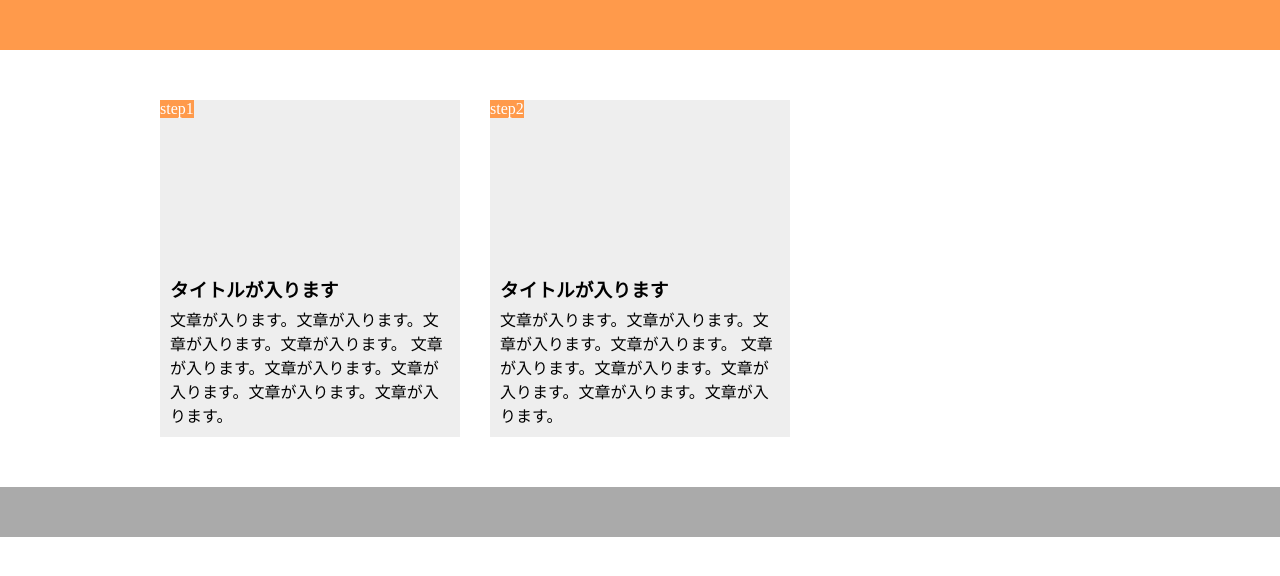
Repository: ryo32sun/Html-Practice
Page: practice/chapter9.html
The author's editor kept a record of every edit. The page is drawn from the files as they stood at one moment, then again after the next edit.
The browser window is 1280 px wide. The pictures show the whole page.

Above is the page before.

### practice/chapter9.html
<!DOCTYPE html>
<html lang="ja">
  <head>
  <meta charset="UTF-8">
  <link rel="stylesheet" href="chapter9.css">
  <title>
    Chapter9
  </title>
  </head>

  <header></header>

  <main>
    <div class="main-box">
      <div class="photo phot-1"></div>
      <div class="title">
        <h3>タイトルが入ります</h3>
      </div>
      <div class="text">
        <p>文章が入ります。文章が入ります。文章が入ります。文章が入ります。
        文章が入ります。文章が入ります。文章が入ります。文章が入ります。文章が入ります。</p>
      </div>
      <div class="step">
      <p>step1</p>
      </div>
    </div>

    <div class="main-box">
      <div class="photo"></div>
      <div class="title">
        <h3>タイトルが入ります</h3>
      </div>
      <div class="text">
        <p>文章が入ります。文章が入ります。文章が入ります。文章が入ります。
        文章が入ります。文章が入ります。文章が入ります。文章が入ります。文章が入ります。</p>
      </div>
      <div class="step">
        <p>step2</p>
      </div>
    </div>

  </main>

  <footer></footer>

</html>

### practice/chapter9.css
* {
  padding:0;
  margin:0;
  box-sizing: border-box;
}

header {
  height: 50px;
  width: 100%;
  background-color:#ff9a4b;
}

main {
  margin: 50px auto;
  width: 960px;
  display: flex;
}

.main-box {
  width:300px;
  background-color: #eee;
  position: relative;
  padding:10px;
}

.main-box:nth-child(2) {
  margin: 0 30px;
}

.step {
  position: absolute;
  top:0;
  left:0;
  background-color:#ff9a4b;
  color: #fff;
}

.photo {
  background-size: cover;
  /*画像のポジション間違い　誤:center*/
  background-position: bottom;
  height: 150px;
}

.photo-1 {
  background-image: url(img9/flow01.png);
}

.photo-2 {
  background-image: url(img9/flow02.png);
}

.photo-3 {
  background-image: url(img9/flow03.png);
}

.title {
  margin: 15px 0 5px 0;
}


footer {
  width:100%;
  height: 50px;
  background-color:#aaa;
}

@media screen and (max-width:768px) {

  main {
    width: 100%;
    display: block;
  }

  .main-box {
    width: 90%;
    margin-left: 5%;
  }

  .main-box:nth-child(2) {
    margin: 20px 0 20px 5%;
  }

  h3 {
    font-size: 15px;
  }

  p {
    font-size: 12px;
  }
}

After the next edit:
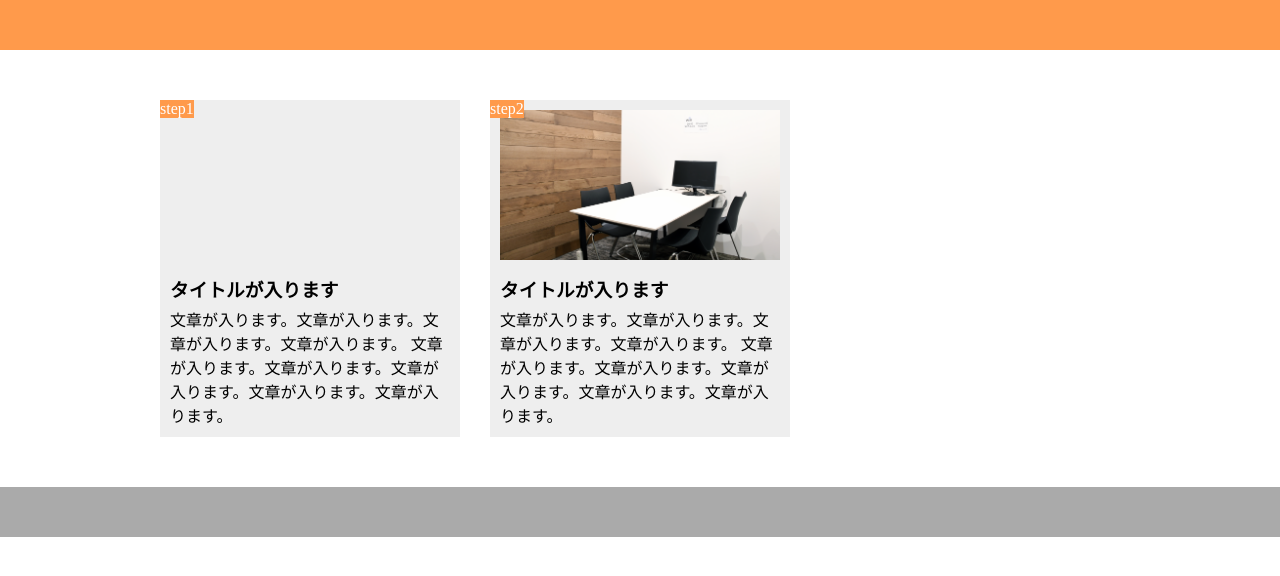
The edit:
--- a/practice/chapter9.html
+++ b/practice/chapter9.html
@@ -26,7 +26,7 @@
     </div>
 
     <div class="main-box">
-      <div class="photo"></div>
+      <div class="photo photo-2"></div>
       <div class="title">
         <h3>タイトルが入ります</h3>
       </div>
